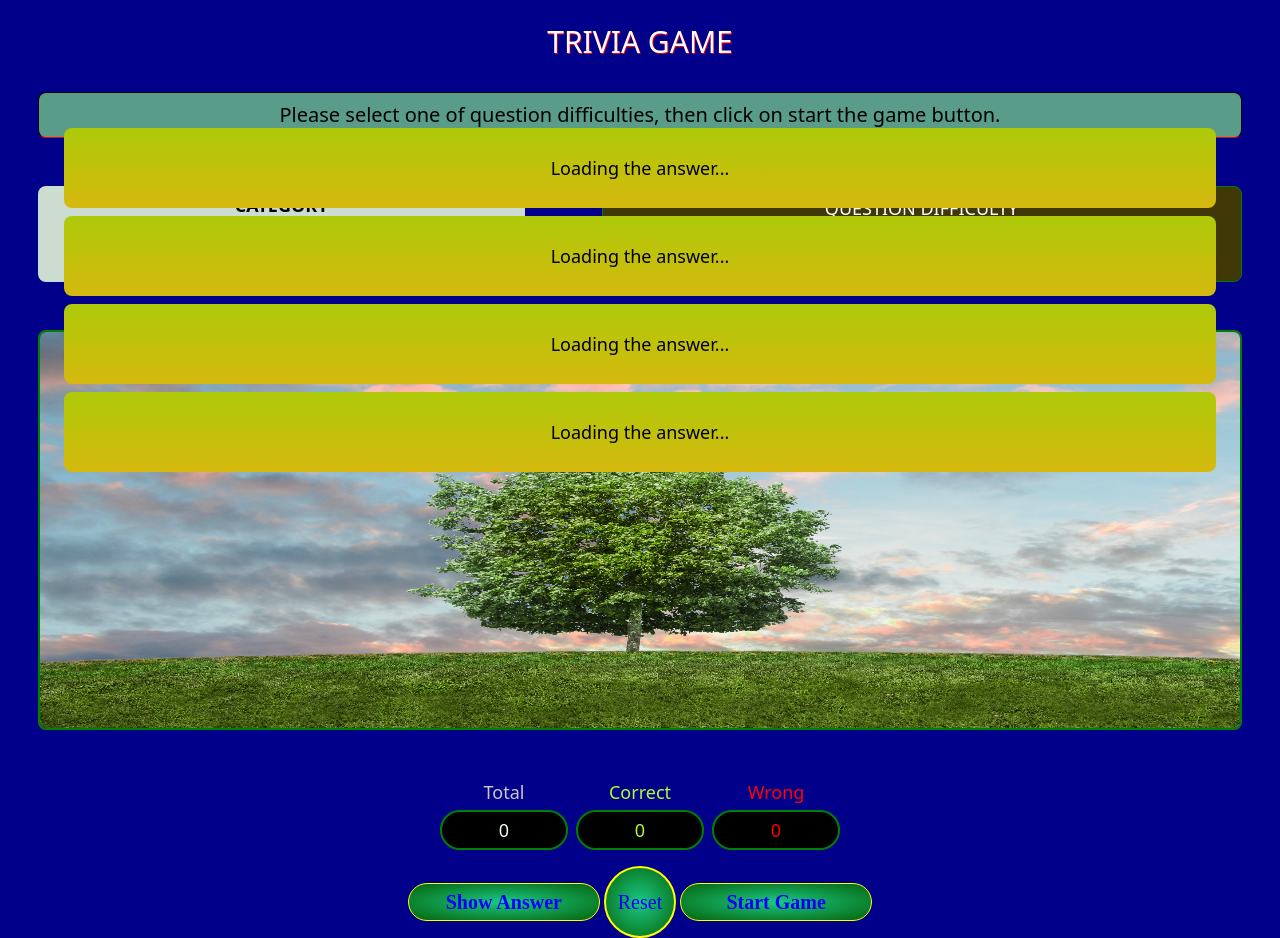
Repository: ShindanoSingi/bembe-trivia
Page: index.html
The author's editor kept a copy of each file at every save. The page is drawn from the files as they stood at one save, then again after the next save.
The browser window is 1280 px wide. The pictures show the whole page.
Some web libraries are served in a nearby version.

Above is the page before, as saved 2022-09-08 02:09:14.

After the next save:
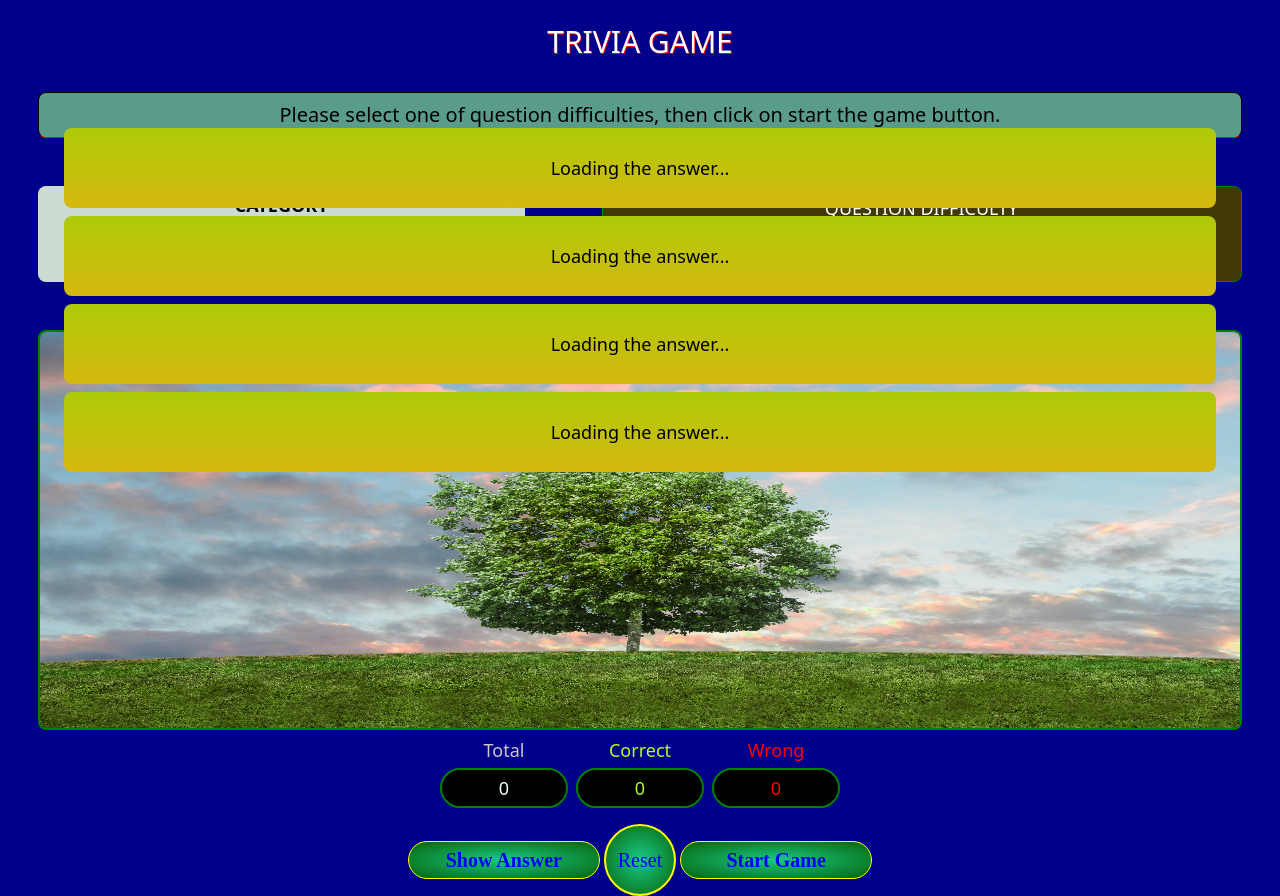
Saved 69 s later.
--- a/index.html
+++ b/index.html
@@ -25,7 +25,7 @@
                 </div>
                 <div class="qDifficultyBox w-[50vw] pb-1 rounded-lg items-center flex h-[4.5rem] md:h-[6rem] justify-around flex-col">
                         <div id="question" class="qCat md:text-lg text-sm">QUESTION DIFFICULTY</div>
-                        <div class="difficulties-container md:flex md:space-x-6 flex gap-1">
+                        <div class="difficulties-container xl:gap-4 md:flex md:space-x-6 flex gap-1">
                             <button class="difficulty px-1.5 md:w-[6rem] text-sm md:text-lg rounded-full" id="easy">Easy</button>
                             <button class="difficulty md:w-[6rem] px-1.5 rounded-full md:text-lg text-sm" id="medium">Medium</button>
                             <button class="difficulty md:w-[6rem] px-1.5 text-sm md:text-lg rounded-full" id="hard">Hard</button>
@@ -42,8 +42,9 @@
                     <button class="response md:text-lg w-[90vw] p-1 text-md h-[5rem]" id="response4">Loading the answer...</button>
                     </div>
                 </div>
+            </div>
 
-            <div id="bottomPart" class="flex md:  mx-auto flex-col items-center gap-4">
+            <div id="bottomPart" class="flex  mx-auto flex-col items-center gap-4">
                 <div class="labelsAndButtons relative left-1 flex space-x-2">
                     <div class="question-number flex flex-col items-center">
                         <p class="labels md:text-lg pb-1" id="labelQ">Total</p>
